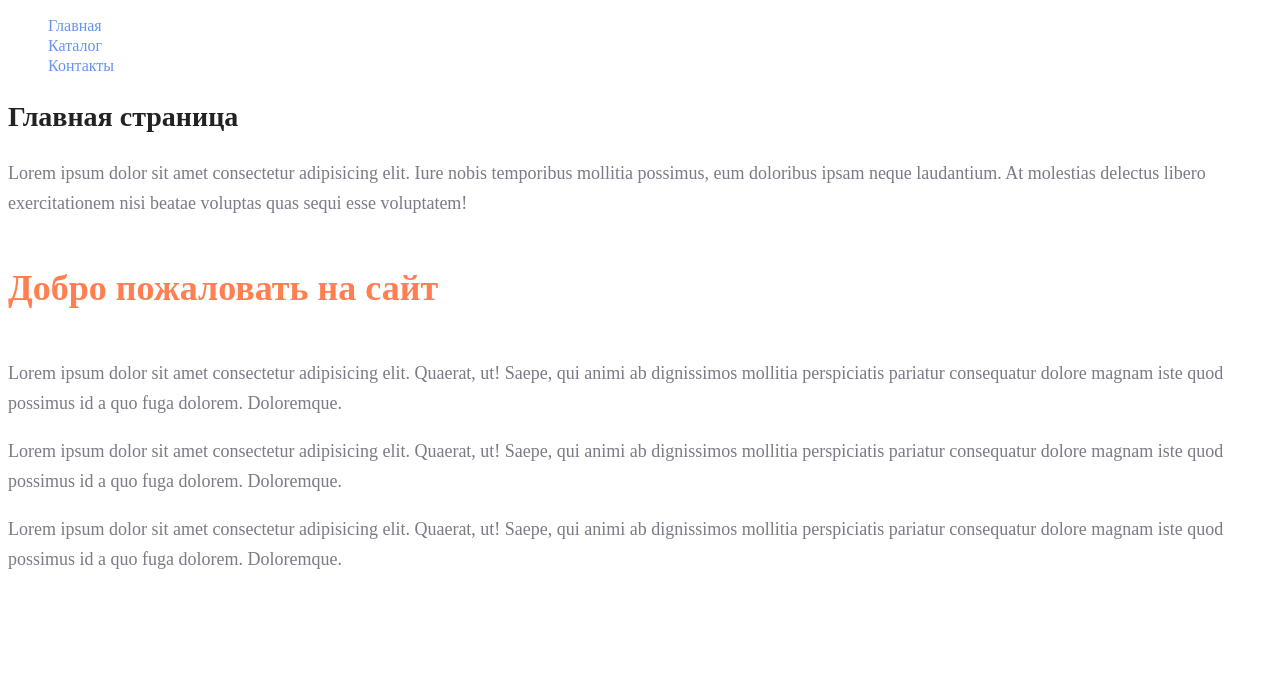
Repository: Alekseiy1980/Catalog
Page: index.html
The author's editor kept a copy of each file at every save. The page is drawn from the files as they stood at one save, then again after the next save.
The browser window is 1280 px wide. The pictures show the whole page.

Above is the page before, as saved 2024-01-13 16:52:38.

### index.html
<!DOCTYPE html>
<html lang="ru">
<head>
    <meta charset="UTF-8">
    <meta name="viewport" content="width=device-width, initial-scale=1.0">
    <link rel="stylesheet" href="css/style.css">
    <title>Document</title>
</head>
<body>
    <nav class="conteiner">
        <div class="menu">
            <ul class="menu_list">
                <li class="menu_item">
                    <a class="menu_limk" href="#">Главная</a>
                </li>
                <li class="menu_item">
                    <a class="menu_limk" href="/catalog/catalog.html">Каталог</a>
                </li>
                <li class="menu_item">
                    <a class="menu_limk" href="contacts.html">Контакты</a>
                </li>
            </ul>
        </div>
    </nav>


    <section class="comteiner" >
        <h1 class="conteiner_title">Главная страница</h1>
        <p class="text">Lorem ipsum dolor sit amet consectetur adipisicing elit. Iure nobis temporibus mollitia possimus, eum doloribus ipsam neque laudantium. At molestias delectus libero exercitationem nisi beatae voluptas quas sequi esse voluptatem!</p>

    </section>

    <article class="conteiner">
        <h2 class="article_title">Добро пожаловать на сайт</h2>
        <p class="text">Lorem ipsum dolor sit amet consectetur adipisicing elit. Quaerat, ut! Saepe, qui animi ab dignissimos mollitia perspiciatis pariatur consequatur dolore magnam iste quod possimus id a quo fuga dolorem. Doloremque.</p>
        <p class="text">Lorem ipsum dolor sit amet consectetur adipisicing elit. Quaerat, ut! Saepe, qui animi ab dignissimos mollitia perspiciatis pariatur consequatur dolore magnam iste quod possimus id a quo fuga dolorem. Doloremque.</p>
        <p class="text">Lorem ipsum dolor sit amet consectetur adipisicing elit. Quaerat, ut! Saepe, qui animi ab dignissimos mollitia perspiciatis pariatur consequatur dolore magnam iste quod possimus id a quo fuga dolorem. Doloremque.</p>

    </article>
 </body>
</html>

### css/style.css
img{
    width: 300px;
}

.menu_list{
    list-style: none;
}

.menu_limk{
    text-decoration:none;
    color: cornflowerblue;
	font-size: 16px;
	line-height: 20px;

}

.conteiner_title{

	color: #222222;
	font-size: 28px;
	line-height: 36px;
	font-weight: bold
}

.text{

    font-style: normal;
    font-weight: 300;
	font-size: 18px;
	line-height: 30px;
	color: #7D7987
}

.article_title{
    color: coral;
    font-style: normal;
    font-weight: 700;
    font-size: 36px;
	line-height: 80px;

}

After the next save:
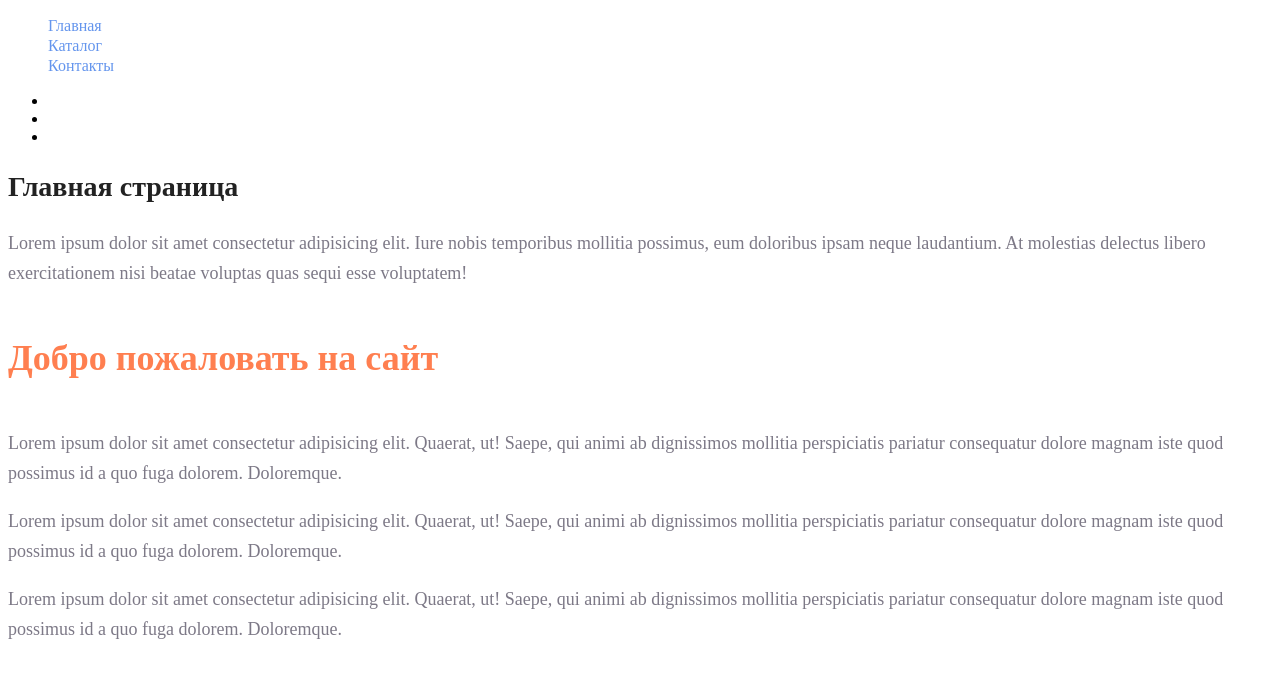
Saved 3 min 31 s later.
--- a/index.html
+++ b/index.html
@@ -21,6 +21,16 @@
                 </li>
             </ul>
         </div>
+
+        <div class="comteiner">
+            <div class="cintacts">
+                <ul>
+                    <li><a href="http://"  rel="noopener noreferrer"></a></li>
+                    <li><a href="http://"  rel="noopener noreferrer"></a></li>
+                    <li><a href="http://"  rel="noopener noreferrer"></a></li>
+                </ul>
+            </div>
+        </div>
     </nav>
 
 
